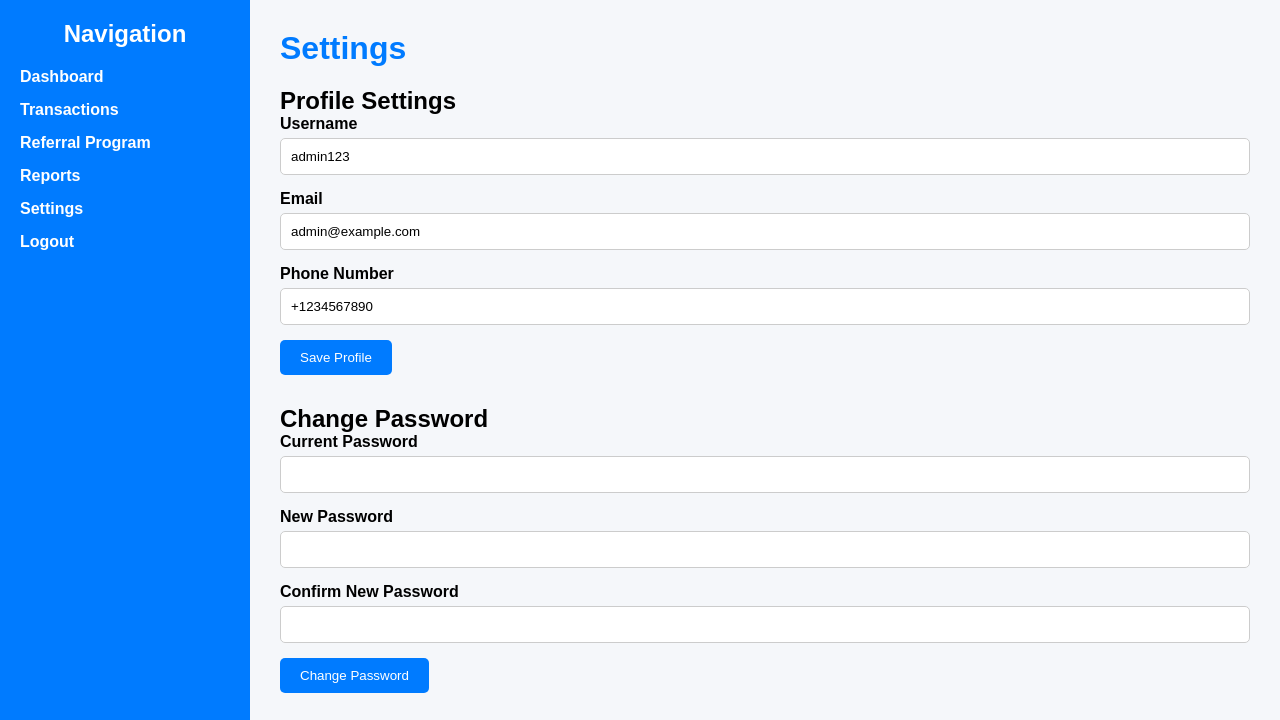
Repository: 2025silverx/slivedrX
Page: setting.html
These files come from the project's save history. The page is drawn as it stood at one moment and after the next save; the edit follows.
The browser window is 1280 px wide. The pictures show the whole page.
An inner scrolling area shows only its first screen.

Above is the page before, as saved 2025-01-05 00:46:27.

### setting.html
<!DOCTYPE html>
<html lang="en">
<head>
    <meta charset="UTF-8">
    <meta name="viewport" content="width=device-width, initial-scale=1.0">
    <title>Admin Panel - Settings</title>
    <link rel="stylesheet" href="settings.css">
</head>
<body>
    <!-- Sidebar -->
    <div id="sidebar-container">
        <div class="sidebar">
            <h2>Navigation</h2>
            <ul class="sidebar-links">
                <li><a href="index.html" class="sidebar-link" data-target="dashboard">Dashboard</a></li>
                <li><a href="index2.html" class="sidebar-link" data-target="transactions">Transactions</a></li>
                <li><a href="indesx3.html" class="sidebar-link" data-target="reports">Referral Program</a></li>

                <li><a href="index5.html" class="sidebar-link" data-target="reports">Reports</a></li>
                <li><a href="setting.html" class="sidebar-link" data-target="settings">Settings</a></li>
                <li><a href="index5.html" class="sidebar-link" data-target="logout">Logout</a></li>
            </ul>
        </div>
    </div>


    <!-- Main Content -->
    <div class="main-content">
        <h1>Settings</h1>

        <!-- Profile Settings Section -->
        <div class="settings-section">
            <h2>Profile Settings</h2>
            <form class="settings-form">
                <div class="form-group">
                    <label for="username">Username</label>
                    <input type="text" id="username" name="username" value="admin123" required>
                </div>
                <div class="form-group">
                    <label for="email">Email</label>
                    <input type="email" id="email" name="email" value="admin@example.com" required>
                </div>
                <div class="form-group">
                    <label for="phone">Phone Number</label>
                    <input type="text" id="phone" name="phone" value="+1234567890" required>
                </div>
                <button type="submit" class="btn">Save Profile</button>
            </form>
        </div>

        <!-- Change Password Section -->
        <div class="settings-section">
            <h2>Change Password</h2>
            <form class="settings-form">
                <div class="form-group">
                    <label for="current-password">Current Password</label>
                    <input type="password" id="current-password" name="current-password" required>
                </div>
                <div class="form-group">
                    <label for="new-password">New Password</label>
                    <input type="password" id="new-password" name="new-password" required>
                </div>
                <div class="form-group">
                    <label for="confirm-password">Confirm New Password</label>
                    <input type="password" id="confirm-password" name="confirm-password" required>
                </div>
                <button type="submit" class="btn">Change Password</button>
            </form>
        </div>

        <!-- Notification Settings Section -->
        <div class="settings-section">
            <h2>Notification Settings</h2>
            <form class="settings-form">
                <div class="form-group">
                    <label for="email-notifications">Email Notifications</label>
                    <input type="checkbox" id="email-notifications" name="email-notifications" checked>
                </div>
                <div class="form-group">
                    <label for="sms-notifications">SMS Notifications</label>
                    <input type="checkbox" id="sms-notifications" name="sms-notifications">
                </div>
                <div class="form-group">
                    <label for="push-notifications">Push Notifications</label>
                    <input type="checkbox" id="push-notifications" name="push-notifications" checked>
                </div>
                <button type="submit" class="btn">Save Notifications</button>
            </form>
        </div>
    </div>

    <script src="settings.js"></script>
</body>
</html>

### settings.css
/* Reset some default styles */
* {
    margin: 0;
    padding: 0;
    box-sizing: border-box;
}

/* Body and container styles */
body {
    font-family: Arial, sans-serif;
    display: flex;
    height: 100vh;
    background-color: #f5f7fa;
}

/* Sidebar styles */
.sidebar {
    width: 250px;
    background-color: #007bff;
    color: white;
    padding: 20px;
    display: flex;
    flex-direction: column;
    position: sticky;
    top: 0;
    height: 100vh;
    /* Remove any margin or padding at the side */
    margin-right: 0;
}

/* Sidebar heading */
.sidebar h2 {
    margin-bottom: 20px;
    text-align: center;
}

/* Sidebar links */
.sidebar-links {
    list-style: none;
}

.sidebar-links li {
    margin-bottom: 15px;
}

.sidebar-links a {
    text-decoration: none;
    color: white;
    font-weight: bold;
}

.sidebar-links a:hover {
    color: #f0f0f0;
}

/* Main content area */
.main-content {
    flex: 1;
    padding: 30px;
    /* No margin-left to close the gap */
    margin-left: 0;
    overflow-y: auto;
}

h1 {
    color: #007bff;
    margin-bottom: 20px;
}

/* Form section styles */
.settings-section {
    margin-bottom: 30px;
}

.settings-form .form-group {
    margin-bottom: 15px;
}

.settings-form label {
    font-weight: bold;
}

.settings-form input {
    width: 100%;
    padding: 10px;
    margin-top: 5px;
    border-radius: 5px;
    border: 1px solid #ccc;
}

.settings-form .btn {
    background-color: #007bff;
    color: white;
    padding: 10px 20px;
    border: none;
    border-radius: 5px;
    cursor: pointer;
}

.settings-form .btn:hover {
    background-color: #0056b3;
}

/* Responsive styles */
@media (max-width: 768px) {
    .sidebar {
        width: 200px;
    }

    .main-content {
        margin-left: 0;
        padding: 20px;
    }
}

@media (max-width: 480px) {
    .sidebar {
        width: 100%;
        position: static;
    }

    .main-content {
        margin-left: 0;
    }
}

### settings.js
// This script handles form submission and any additional interactivity (if needed).
document.querySelectorAll('.settings-form').forEach(form => {
    form.addEventListener('submit', function(event) {
        event.preventDefault();
        alert('Settings saved successfully!');
    });
});

After the next save:
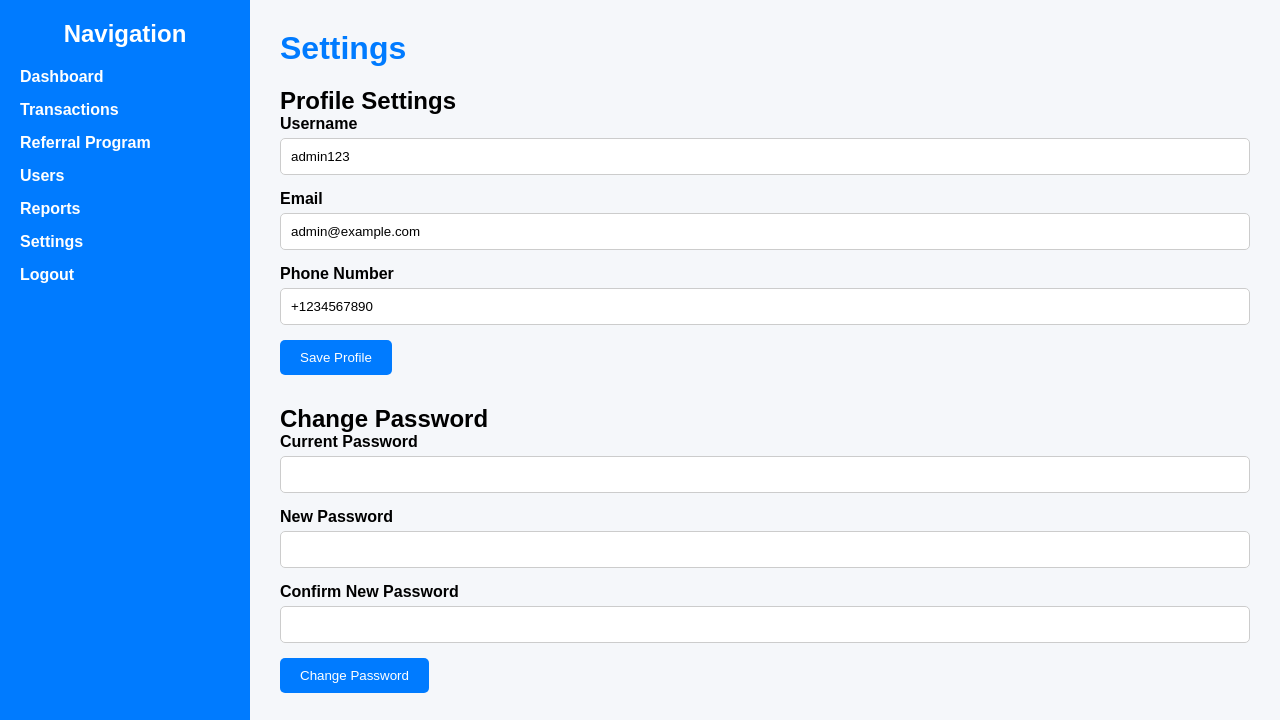
Saved 7 s later.
--- a/setting.html
+++ b/setting.html
@@ -15,7 +15,7 @@
                 <li><a href="index.html" class="sidebar-link" data-target="dashboard">Dashboard</a></li>
                 <li><a href="index2.html" class="sidebar-link" data-target="transactions">Transactions</a></li>
                 <li><a href="indesx3.html" class="sidebar-link" data-target="reports">Referral Program</a></li>
-
+                <li><a href="index4.html" class="sidebar-link" data-target="users">Users</a></li>
                 <li><a href="index5.html" class="sidebar-link" data-target="reports">Reports</a></li>
                 <li><a href="setting.html" class="sidebar-link" data-target="settings">Settings</a></li>
                 <li><a href="index5.html" class="sidebar-link" data-target="logout">Logout</a></li>
